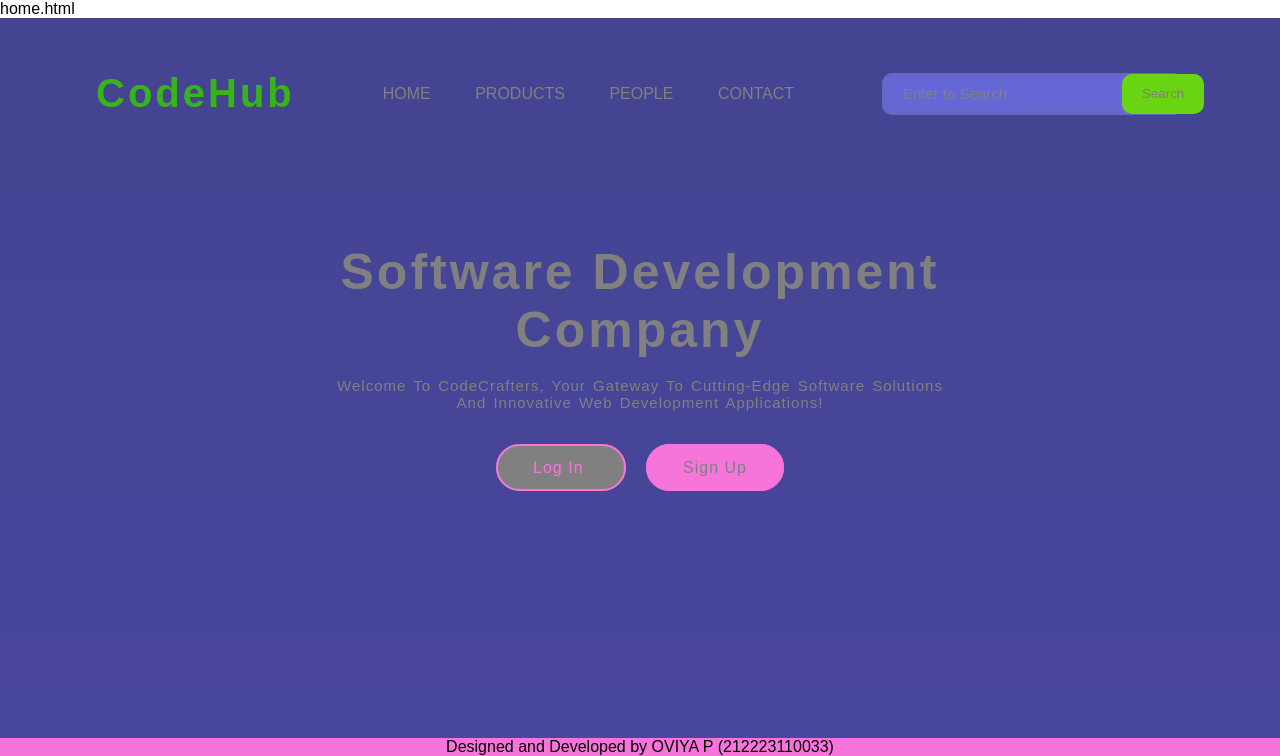
Repository: Oviya24032K6/softweb
Page: oviya/softapp/static/home.html
An editor plug-in stored every save of this project. The page is shown before and after the next save, followed by the edit.
The browser window is 1280 px wide. The pictures show the whole page.
The pointer rests on the first visible `.login`.

Above is the page before, as saved 2024-04-23 11:28:24.

After the next save:
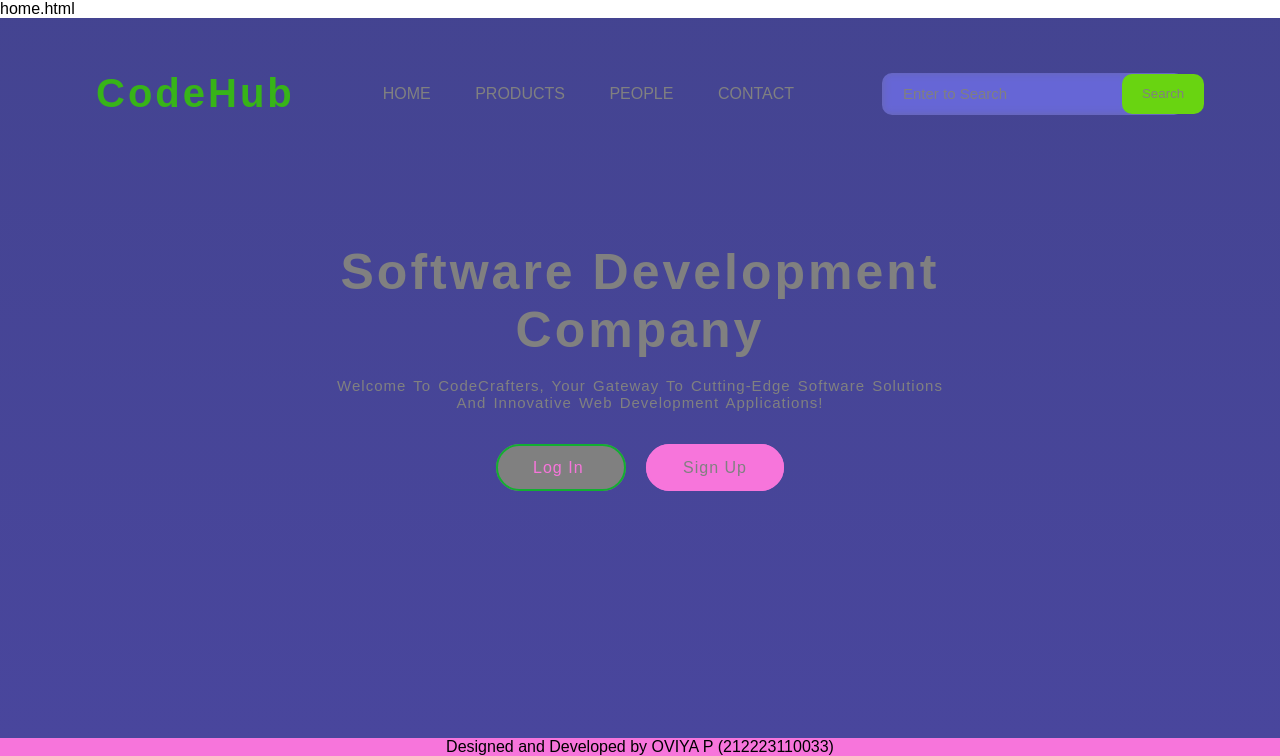
Saved 12 s later.
--- a/oviya/softapp/static/home.html
+++ b/oviya/softapp/static/home.html
@@ -117,7 +117,7 @@ home.html
                 text-decoration: none;
             }
             .login:hover {
-                border: 2px solid#f775db;
+                border: 2px solid#12af31;
                 color:#f775db;
                 background-color: gray;
                 transition: 0.5s;
